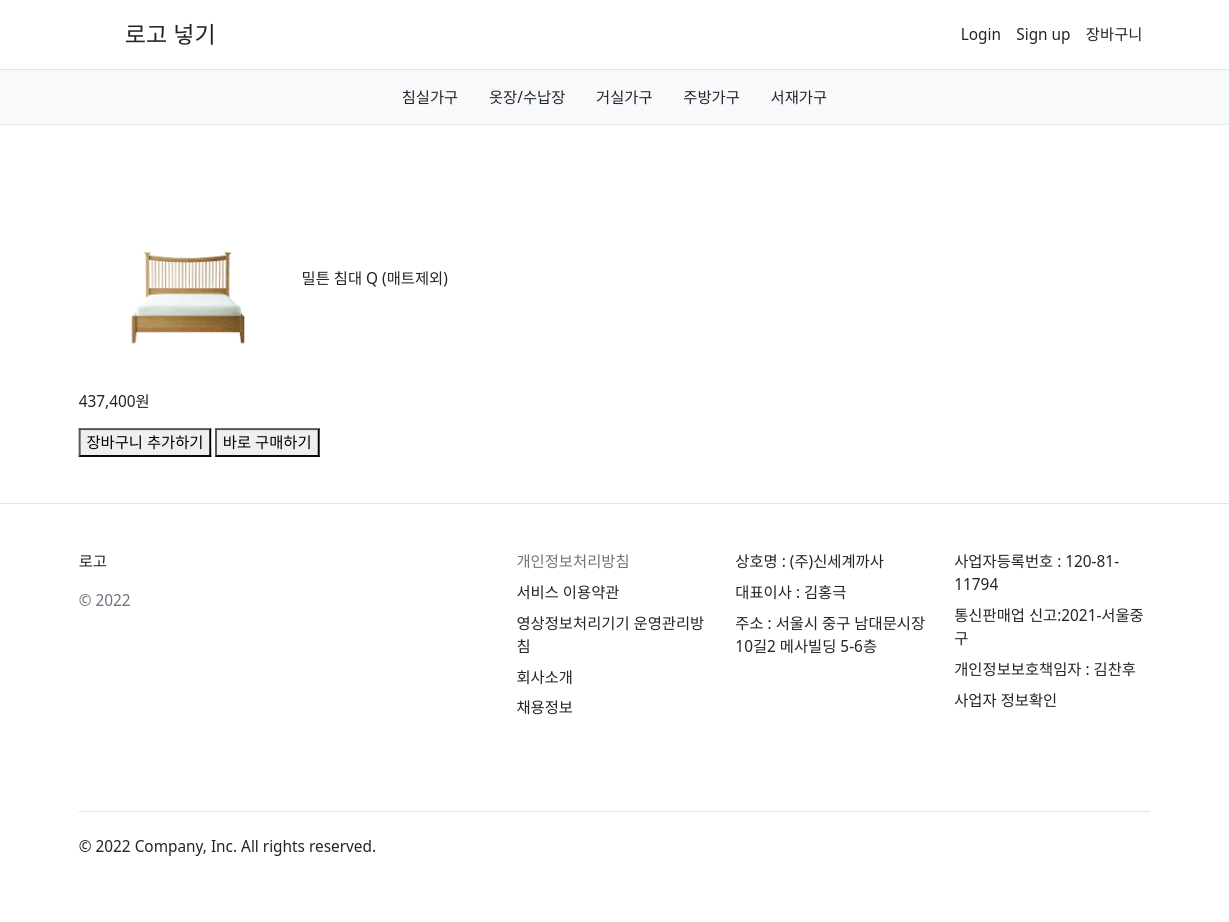
Repository: raoniee/Elice-House-Project
Page: FE/views/pages/main/item-detail-page.html
These files come from the project's save history. The page is drawn as it stood at one moment and after the next save; the edit follows.
The browser window is 1280 px wide. The pictures show the whole page, at 96% of full size.

Above is the page before, as saved 2023-07-06 14:48:07.

### FE/views/pages/main/item-detail-page.html
<!DOCTYPE html>
<html lang="ko">
  <head>
    <meta charset="UTF-8" />
    <meta http-equiv="X-UA-Compatible" content="IE=edge" />
    <meta name="viewport" content="width=device-width, initial-scale=1.0" />
    <title>Elice-House/item-detail</title>
    <link
      href="https://cdn.jsdelivr.net/npm/bootstrap@5.2.3/dist/css/bootstrap.min.css"
      rel="stylesheet"
      integrity="sha384-rbsA2VBKQhggwzxH7pPCaAqO46MgnOM80zW1RWuH61DGLwZJEdK2Kadq2F9CUG65"
      crossorigin="anonymous"
    />
    <!-- header.module.js -->
    <script
      src="../../components/header/header.js"
      type="module"
      defer
    ></script>
    <!-- footer.module.js -->
    <script
      src="../../components/footer/footer.js"
      type="module"
      defer
    ></script>
    <!-- item-detail-page.module.js -->
    <script src="./item-detail-page.js" type="module" defer></script>
    <style>
      /* * {
        outline: 1px solid #363;
      } */
    </style>
  </head>
  <body>
    <header class="header">
      <!-- header template로 삽입 -->
    </header>

    <main>
      <div class="container my-5">
        <div
          class="menu_bar d-flex justify-content-between"
          style="width: 120px"
        >
          <!-- menu_bar template로 삽입 -->
        </div>

        <div class="item_detail">
          <img
            src="../../../public/assets/imgs/item-list-card.webp"
            alt="가구"
          />
          <span class="item_detail_name">밀튼 침대 Q (매트제외)</span>
          <p class="item_detail_price">437,400원</p>
          <div class="item_detail_buttons">
            <button>장바구니 추가하기</button>
            <button>바로 구매하기</button>
          </div>
          </div>
        </div>
      </div>
    </main>

    <footer class="footer">
      <!-- footer template로 삽입 -->
    </footer>

    <script
      src="https://cdn.jsdelivr.net/npm/bootstrap@5.2.3/dist/js/bootstrap.bundle.min.js"
      integrity="sha384-kenU1KFdBIe4zVF0s0G1M5b4hcpxyD9F7jL+jjXkk+Q2h455rYXK/7HAuoJl+0I4"
      crossorigin="anonymous"
    ></script>
  </body>
</html>

### FE/views/components/header/header.js
export const drawHeader = () => {
  let headerTemplate = `
  <div class="py-3 border-bottom">
      <div class="container d-flex flex-wrap justify-content-center">
        <a
          href="/"
          class="d-flex align-items-center mb-3 mb-lg-0 me-lg-auto text-dark text-decoration-none"
        >
          <svg class="bi me-2" width="40" height="32">
            <use xlink:href="#bootstrap" />
          </svg>
          <span class="fs-4">로고 넣기</span>
        </a>
        <ul class="nav">
          <li class="nav-item">
            <a href="" class="nav-link link-dark px-2">Login</a>
          </li>
          <li class="nav-item">
            <a href="" class="nav-link link-dark px-2">Sign up</a>
          </li>
          <li class="nav-item">
            <a href="" class="nav-link link-dark px-2">장바구니</a>
          </li>
        </ul>
      </div>
    </div>
    <nav class="py-2 bg-light border-bottom">
      <div class="container">
        <ul class="nav justify-content-center nav-pills">
          <li class="nav-item">
            <div class="dropdown text-end">
              <a
                href="#"
                class="d-block link-dark text-decoration-none nav-link"
                data-bs-toggle="dropdown"
                aria-expanded="false"
                >침실가구
              </a>
              <ul class="dropdown-menu text-small">
                <li><a class="dropdown-item" href="#">침대</a></li>
                <li><a class="dropdown-item" href="#">매트리스/토퍼</a></li>
                <li><a class="dropdown-item" href="#">화장대/콘솔/거울</a></li>
                <li><a class="dropdown-item" href="#">서랍장/협탁</a></li>
              </ul>
            </div>
          </li>
          <li class="nav-item">
            <div class="dropdown text-end">
              <a
                href="#"
                class="d-block link-dark text-decoration-none nav-link"
                data-bs-toggle="dropdown"
                aria-expanded="false"
                >옷장/수납장
              </a>
              <ul class="dropdown-menu text-small">
                <li><a class="dropdown-item" href="#">옷장/붙박이장</a></li>
                <li><a class="dropdown-item" href="#">드레스룸/행거</a></li>
              </ul>
            </div>
          </li>
          <li class="nav-item">
            <div class="dropdown text-end">
              <a
                href="#"
                class="d-block link-dark text-decoration-none nav-link"
                data-bs-toggle="dropdown"
                aria-expanded="false"
                >거실가구
              </a>
              <ul class="dropdown-menu text-small">
                <li><a class="dropdown-item" href="#">소파</a></li>
                <li><a class="dropdown-item" href="#">거실테이블</a></li>
                <li><a class="dropdown-item" href="#">거실장</a></li>
              </ul>
            </div>
          </li>
          <li class="nav-item">
            <div class="dropdown text-end">
              <a
                href="#"
                class="d-block link-dark text-decoration-none nav-link"
                data-bs-toggle="dropdown"
                aria-expanded="false"
                >주방가구
              </a>
              <ul class="dropdown-menu text-small">
                <li><a class="dropdown-item" href="#">식탁/테이블</a></li>
                <li><a class="dropdown-item" href="#">홈바/아일랜드식탁</a></li>
                <li><a class="dropdown-item" href="#">식탁세트</a></li>
              </ul>
            </div>
          </li>
          <li class="nav-item">
            <div class="dropdown text-end">
              <a
                href="#"
                class="d-block link-dark text-decoration-none nav-link"
                data-bs-toggle="dropdown"
                aria-expanded="false"
                >서재가구
              </a>
              <ul class="dropdown-menu text-small">
                <li><a class="dropdown-item" href="#">책상/책장/ACC</a></li>
                <li><a class="dropdown-item" href="#">서재의자</a></li>
              </ul>
            </div>
          </li>
        </ul>
      </div>
    </nav>
    `;
  // .header 부분에 header.html을 삽입
  const headerTag = document.querySelector(".header");
  headerTag.innerHTML = headerTemplate;
};

### FE/views/components/footer/footer.js
export const drawFooter = () => {
  let footerTemplate = `        <div class="border-top">
        <div class="container">
      <div class="row py-5">
        <div class="col mb-3">
          <a
            href="/"
            class="d-flex align-items-center mb-3 link-dark text-decoration-none"
          >
            로고
          </a>
          <p class="text-muted">&copy; 2022</p>
        </div>

        <div class="col mb-3"></div>

        <div class="col mb-3">
          <ul class="nav flex-column">
            <li class="nav-item mb-2 text-muted">개인정보처리방침</li>
            <li class="nav-item mb-2">서비스 이용약관</li>
            <li class="nav-item mb-2">영상정보처리기기 운영관리방침</li>
            <li class="nav-item mb-2">회사소개</li>
            <li class="nav-item mb-2">채용정보</li>
          </ul>
        </div>

        <div class="col mb-3">
          <ul class="nav flex-column">
            <li class="nav-item mb-2">상호명 : (주)신세계까사</li>
            <li class="nav-item mb-2">대표이사 : 김홍극</li>
            <li class="nav-item mb-2">
              주소 : 서울시 중구 남대문시장10길2 메사빌딩 5-6층
            </li>
          </ul>
        </div>

        <div class="col mb-3">
          <ul class="nav flex-column">
            <li class="nav-item mb-2">사업자등록번호 : 120-81-11794</li>
            <li class="nav-item mb-2">통신판매업 신고:2021-서울중구</li>
            <li class="nav-item mb-2">개인정보보호책임자 : 김찬후</li>
            <li class="nav-item mb-2">사업자 정보확인</li>
          </ul>
        </div>
      </div>
      <div
        class="d-flex flex-column flex-sm-row justify-content-between py-4 my-4 border-top"
      >
        <p>&copy; 2022 Company, Inc. All rights reserved.</p>
        <ul class="list-unstyled d-flex">
          <li class="ms-3">
            <a class="link-dark" href="#"
              ><svg class="bi" width="24" height="24">
                <use xlink:href="#twitter" /></svg
            ></a>
          </li>
          <li class="ms-3">
            <a class="link-dark" href="#"
              ><svg class="bi" width="24" height="24">
                <use xlink:href="#instagram" /></svg
            ></a>
          </li>
          <li class="ms-3">
            <a class="link-dark" href="#"
              ><svg class="bi" width="24" height="24">
                <use xlink:href="#facebook" /></svg
            ></a>
          </li>
        </ul>
      </div>
    </div>

        </div>`;
  // .footer 부분에 footer.html을 삽입
  const footerTag = document.querySelector(".footer");
  footerTag.innerHTML = footerTemplate;
};

### FE/views/pages/main/item-detail-page.js
import { drawHeader } from "../../components/header/header.js";
import { drawFooter } from "../../components/footer/footer.js";

// Header, Footer 템플릿 삽입
drawHeader();
drawFooter();

After the next save:
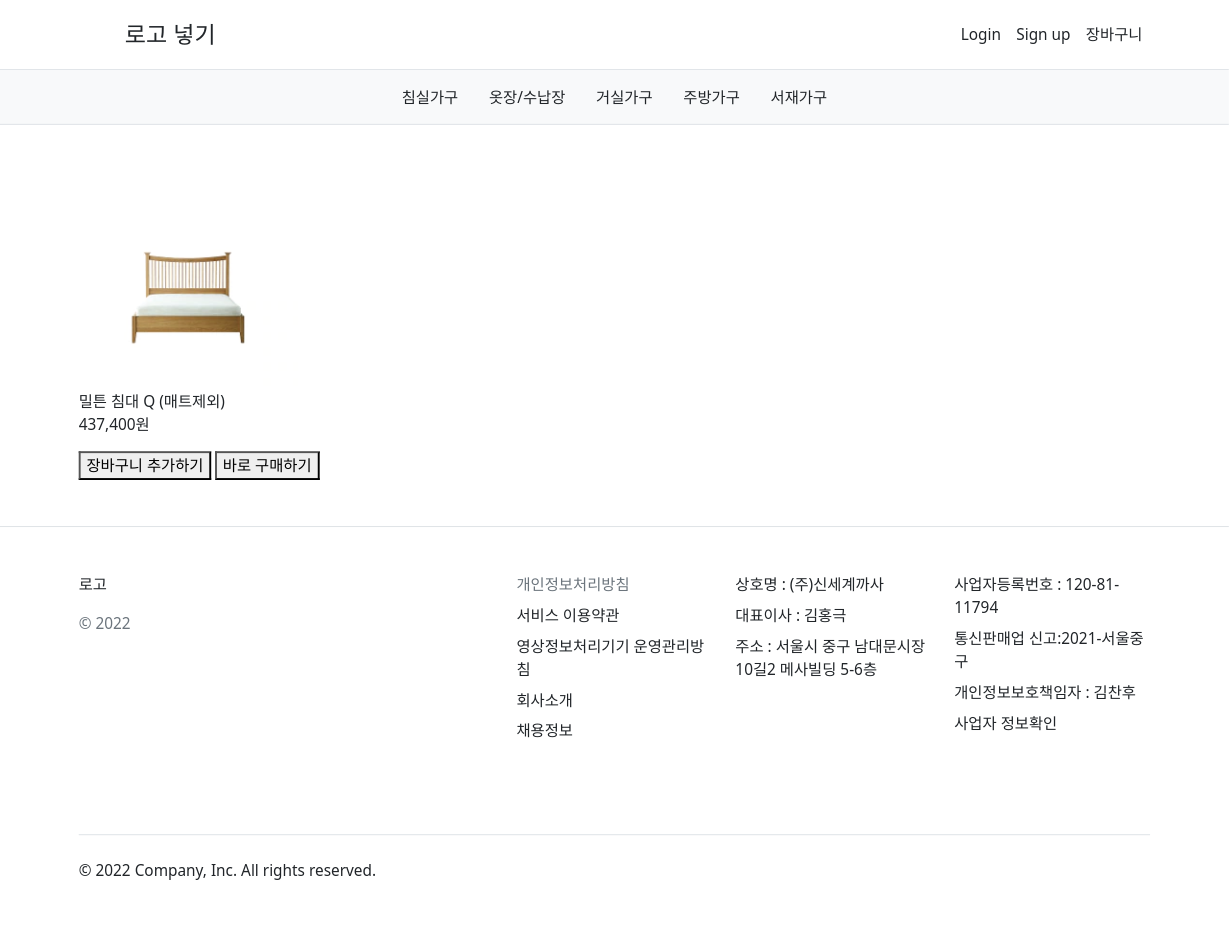
Saved 77 s later.
--- a/FE/views/pages/main/item-detail-page.html
+++ b/FE/views/pages/main/item-detail-page.html
@@ -45,17 +45,20 @@
           <!-- menu_bar template로 삽입 -->
         </div>
 
-        <div class="item_detail">
+        <div class="item_detail_card">
           <img
             src="../../../public/assets/imgs/item-list-card.webp"
             alt="가구"
           />
-          <span class="item_detail_name">밀튼 침대 Q (매트제외)</span>
+          <div class="item_detail_desc">
+<span class="item_detail_name">밀튼 침대 Q (매트제외)</span>
           <p class="item_detail_price">437,400원</p>
           <div class="item_detail_buttons">
             <button>장바구니 추가하기</button>
             <button>바로 구매하기</button>
           </div>
+          </div>
+
           </div>
         </div>
       </div>
